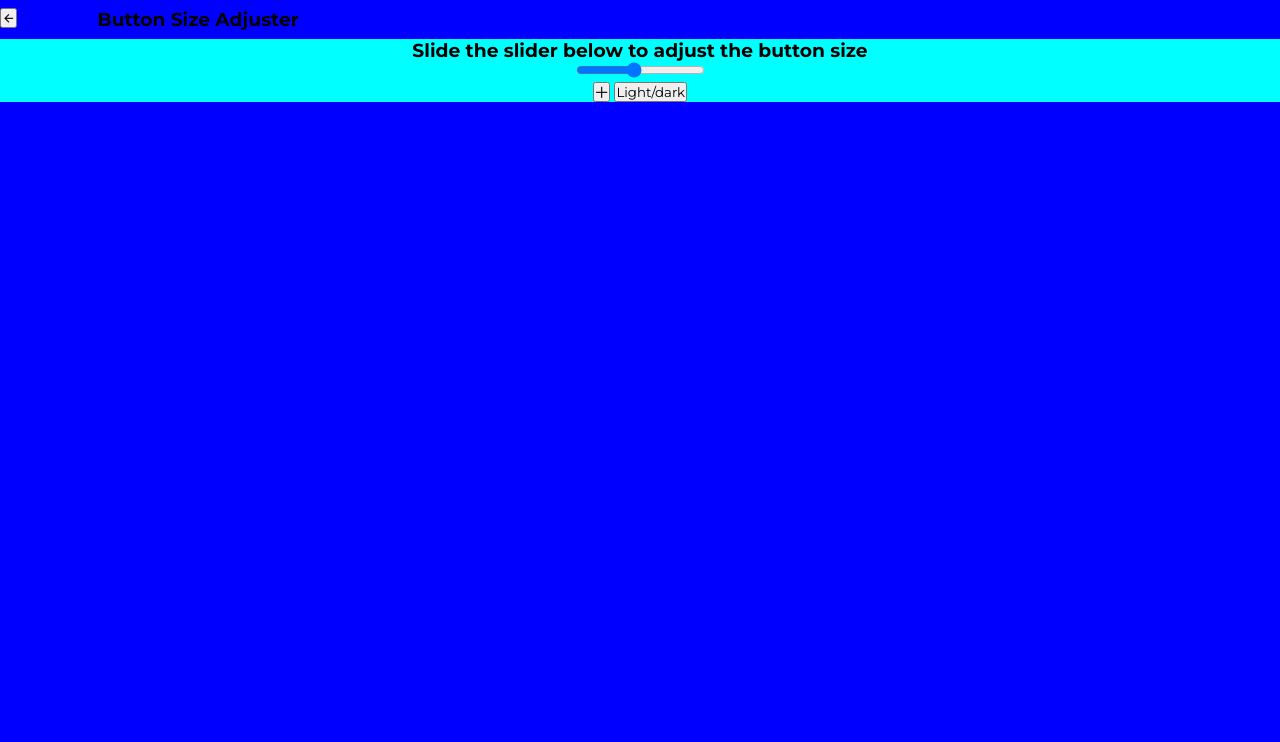
Repository: EguJaredoBoyd/Jared-Counter-App
Page: settings.html
These files come from the project's save history. The page is drawn as it stood at one moment and after the next save; the edit follows.
The browser window is 1280 px wide. The pictures show the whole page.

Above is the page before, as saved 2025-12-03 21:39:50.
Console error: TypeError: Cannot set properties of null (setting 'textContent')

### settings.html
<!DOCTYPE html>
<html lang="en">

<head>
    <meta charset="UTF-8">
    <meta name="viewport" content="width=device-width, initial-scale=1.0">
    <title>Document</title>
    <link rel="preconnect" href="https://fonts.googleapis.com">
    <link rel="preconnect" href="https://fonts.gstatic.com" crossorigin>
    <link href="https://fonts.googleapis.com/css2?family=Montserrat:ital,wght@0,100..900;1,100..900&display=swap"
        rel="stylesheet">
    <link href="https://cdn.jsdelivr.net/npm/remixicon@4.2.0/fonts/remixicon.css" rel="stylesheet">
    <link rel="stylesheet" href="style.css">
    <script src="script.js" defer></script>
    <script src="toggle-script.js" defer></script>
    <script src="settings.js" defer></script>
</head>

<body>
    <header>
        <div class="header__div--adjuster">
            <a href="index.html"><button><i class="ri-arrow-left-line"></i></button></a>
            <h3>Button Size Adjuster</h3>
        </div>
    </header>

    <main>
        <div class="main__div--slider">
            <h3>Slide the slider below to adjust the button size</h3>
            <div>
                <input type="range" min="10" max="100" value="50" id="font-size-slider">
            </div>

            <button id="text-content">
                <i class="ri-add-large-line"></i>
            </button>
            <button id="display-mode">Light/dark</button>
        </div>
    </main>

</body>

</html>

### style.css
* {
    padding: 0;
    margin: 0;
    box-sizing: border-box;
    font-family: "Montserrat", sans-serif;

}

:root {
    --primary-color: #0d1b2a;
    --secondary-color: #e0e1dd;
}

body {
    display: flex;
    flex-direction: column;
    height: 100vh;
    justify-content: space-between;
}

header {
    display: flex;
    justify-content: space-between;
    background-color: red;
}

.header__button__ul--toggle-list {
    background-color: pink;
    position: absolute;
    top: 0;
    right: 0;
    width: 100%;
    height: 100vh;
    transform: translateX(100%);
    opacity: 0;
    pointer-events: none;
    transition: all 2s ease-in-out;
}

.header__button__ul--toggle-list.show {
    transform: translateX(0);
    opacity: 1;
    pointer-events: auto;
    animation: slideIn 3s;
    animation-fill-mode: forwards;
}

@keyframes slideIn {
    from {
        background-color: pink;
    }

    to {
        background-color: green;
    }

}

.header__div__ul--header {
    display: flex;
    justify-content: space-between;
    background-color: yellow;
    padding: 0.5rem 0;
}

li {
    display: flex;
    justify-content: space-between;
    margin: 1rem 1.5rem;
    gap: 5rem;
    background-color: skyblue;
}

.li__div--content {
    text-justify: inter-word;
    background-color: orange;
    width: 100%;
    max-width: 40%;
}

main {
    text-align: center;
    background-color: blue;
}

/* The settings style */
.header__div--adjuster {
    display: flex;
    width: 100%;
    max-width: 100%;
    column-gap: 5rem;
    background-color: blue;
    padding: 0.5rem 0;
}

.main__div--slider {
    background-color: aqua;
    margin-bottom: 50%;
}

.light-or-dark-mode {
    background-color: maroon;
}

.light-or-dark-mode header {
    background-color: green;
}

footer {
    text-align: center;
    background-color: green;
}

### script.js
//Get the last number clicked
let numberCount = Number(localStorage.getItem('increment')) || 0;

//Get last button clicked once the browser loads
let savedColor = localStorage.getItem('color');
let savedColor2 = localStorage.getItem('color2');
let savedColor3 = localStorage.getItem('color3')

let numberIncrement = document.querySelector('#increment');
let numberDecrement = document.getElementById('decrement');
let numberReset = document.querySelector('#reset');
let startCount = document.getElementById('start-count');

//Loads the the page with the last clicked number
startCount.textContent = numberCount;

//Uses the saved colour as a variable for the string 'red'
if (savedColor) {
    numberIncrement.style.backgroundColor = savedColor;
}
if (savedColor2) {
    numberDecrement.style.backgroundColor = savedColor2
}
if (savedColor3) {
    numberReset.style.backgroundColor = savedColor3;
}



numberIncrement.addEventListener('click', () => {
    let incrementColor = numberIncrement.style.backgroundColor = 'red';

    //Reset the other button colours
    numberDecrement.style.background = '';
    numberReset.style.background = '';

    //Save the color so it reminds user of last button clicked
    localStorage.setItem('color', incrementColor)
    //Remove colour storage for other buttons
    localStorage.removeItem('color2')
    localStorage.removeItem('color3')

    let counting = startCount.textContent = numberCount += 1;
    if (counting > 0) {
        startCount.style.color = 'green'
    }
    else if (counting === 0) {
        startCount.style.color = 'black';
    }
    if (numberCount < 0) {
        startCount.style.color = 'red'
    }

    //Save the number count to the localStorage
    localStorage.setItem('increment', numberCount);

})
numberDecrement.addEventListener('click', () => {
    let decrementColor = numberDecrement.style.backgroundColor = 'yellow';

    //Reset the other button colours
    numberIncrement.style.backgroundColor = '';
    numberReset.style.backgroundColor = '';

    //Save the color so it reminds user of last button clicked
    localStorage.setItem('color2', decrementColor)
    //Remove colour storage for other buttons
    localStorage.removeItem('color');
    localStorage.removeItem('color3')

    let negativeCounting = startCount.textContent = numberCount -= 1;
    if (negativeCounting < 0) {
        startCount.style.color = 'red'
    }
    else if (negativeCounting === 0) {
        startCount.style.color = 'black'
    }
    localStorage.setItem('increment', numberCount);
})
numberReset.addEventListener('click', () => {
    let resetColor = numberReset.style.backgroundColor = 'Blue';

    //Reset the other button colours
    numberIncrement.style.backgroundColor = '';
    numberDecrement.style.backgroundColor = '';

    //Save the color so it reminds user of last button clicked
    localStorage.setItem('color3', resetColor)
    //Remove colour storage for other buttons
    localStorage.removeItem('color');
    localStorage.removeItem('color2');

    let resetCounting = startCount.textContent = numberCount = 0;
    if (resetCounting === 0) {
        startCount.style.color = 'black'
    }
    localStorage.setItem('increment', numberCount);
})

### toggle-script.js
//Target the toggle button
let toggleButton = document.getElementById('toggle-button');
let toggleList = document.getElementById('toggle-list');
let toggleButtonClose = document.getElementById('toggle-button-close');


//Toggle the button to show the list
toggleButton.addEventListener('click', () => {
    toggleList.classList.toggle('show');
})

//Toggle the close button to remove list
toggleButtonClose.addEventListener('click', () => {
    toggleList.classList.toggle('show');
})

### settings.js
//Target all buttons for slider
let fontSizeSlider = document.getElementById('font-size-slider');
let textContent = document.getElementById('text-content');

//Target all buttons for light and dark mode
let displayMode = document.getElementById('display-mode');
let documentBody = document.querySelector('body');

//Get the user last chosen background mode
let savedMode = JSON.parse(localStorage.getItem('light-or-dark-mode'));

//Check if color is saved and then display
if (savedMode === true) {
    document.body.classList.toggle('light-or-dark-mode');

}

//Manipulate the slider to change font size
fontSizeSlider.addEventListener('input', () => {
    let sizeOfFont = `${fontSizeSlider.value}px`;
    textContent.style.fontSize = sizeOfFont;

})

//Switch to light or dark mode
displayMode.addEventListener('click', () => {
    const isLightOrDark = documentBody.classList.toggle('light-or-dark-mode');
    localStorage.setItem('light-or-dark-mode', isLightOrDark);

})

After the next save:
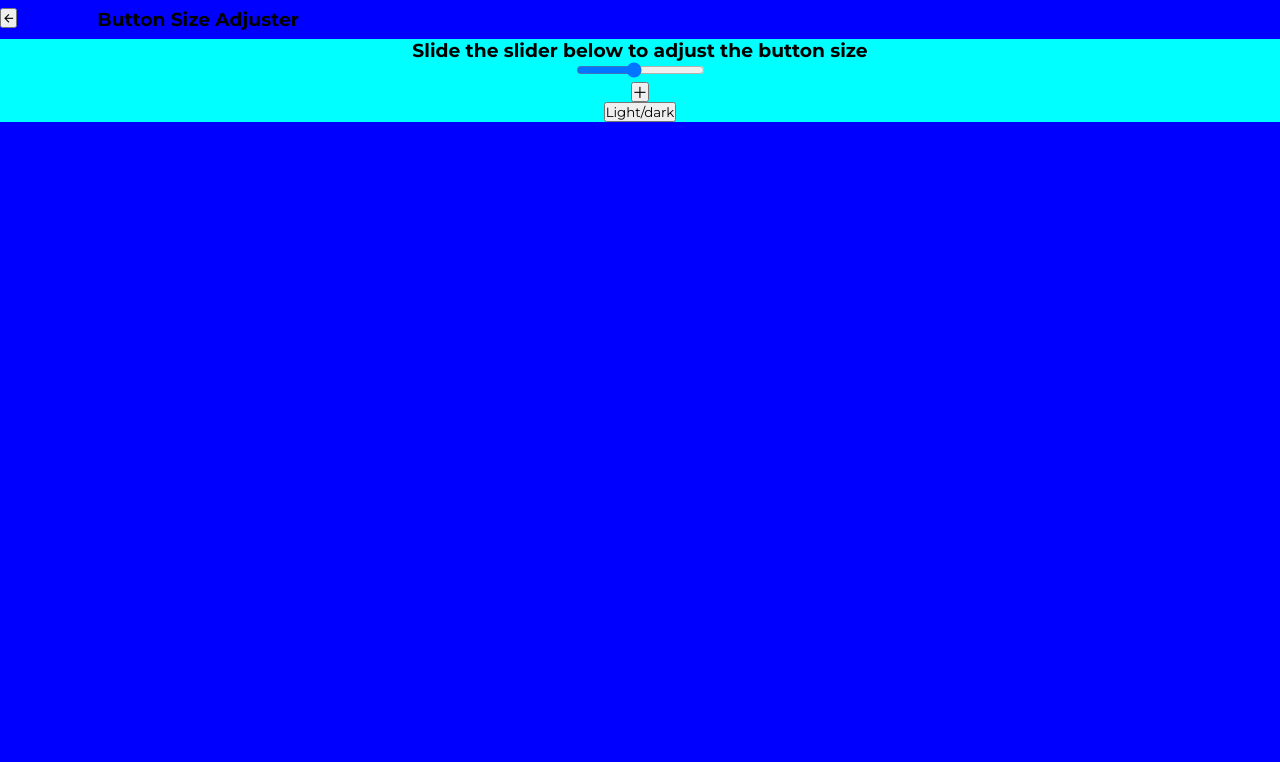
Saved 25 s later.
--- a/settings.html
+++ b/settings.html
@@ -30,10 +30,13 @@
             <div>
                 <input type="range" min="10" max="100" value="50" id="font-size-slider">
             </div>
+            <div>
+                <button id="text-content">
+                    <i class="ri-add-large-line"></i>
+                </button>
+            </div>
 
-            <button id="text-content">
-                <i class="ri-add-large-line"></i>
-            </button>
+
             <button id="display-mode">Light/dark</button>
         </div>
     </main>
